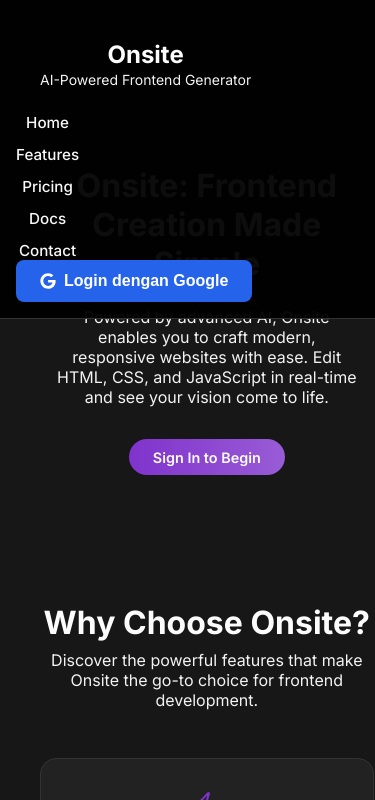
Repository: arifsoul/onsite
Page: / (app in onsite/)
The author's editor kept a copy of each file at every save. The page is drawn from the files as they stood at one save, then again after the next save.
The browser window is 375 px wide. The pictures show the whole page.
An inner scrolling area shows only its first screen. The project was rebuilt for these pictures with package versions that can differ from the ones it lists, and the page was loaded fresh each time. Also part of the build but not shown: onsite/vite.config.js, onsite/src/components/Editor/CSSPanel.jsx, onsite/src/components/Editor/JSPanel.jsx, onsite/src/components/Editor/ComponentEditor.css, onsite/src/components/Editor/ComponentEditor.jsx, onsite/src/components/Preview/LivePreview.css, onsite/src/components/Preview/LivePreview.jsx, onsite/src/pages/Editor.css and 3 more.

Above is the page before, as saved 2025-04-14 18:02:09.

### onsite/src/index.css
/* src/index.css */
@import url('https://fonts.googleapis.com/css2?family=Inter:wght@400;600;700&display=swap');

* {
  margin: 0;
  padding: 0;
  box-sizing: border-box;
}

html, body {
  height: 100%;
  width: 100%;
  overflow-x: hidden; /* Mencegah scroll horizontal */
}

body {
  font-family: 'Inter', sans-serif;
  background-color: #f8f9fa;
}

#root {
  display: flex;
  flex-direction: column;
  min-height: 100vh;
  width: 100%;
}

### onsite/src/App.jsx
import { BrowserRouter as Router, Routes, Route } from 'react-router-dom';
import { Auth0Provider } from '@auth0/auth0-react';
import { CodeProvider } from './context/CodeContext';
import Home from './pages/Home';
import Editor from './pages/Editor';
import Login from './pages/Login';
import './App.css';

function App() {
  return (
    <Auth0Provider
      domain={import.meta.env.VITE_AUTH0_DOMAIN}
      clientId={import.meta.env.VITE_AUTH0_CLIENT_ID}
      redirectUri={window.location.origin}
    >
      <CodeProvider>
        <Router>
          <Routes>
            <Route path="/" element={<Home />} />
            <Route path="/login" element={<Login />} />
            <Route path="/editor" element={<Editor />} />
          </Routes>
        </Router>
      </CodeProvider>
    </Auth0Provider>
  );
}

export default App;

### onsite/src/context/CodeContext.jsx
import { createContext, useState, useContext } from 'react';

const CodeContext = createContext();

export const CodeProvider = ({ children }) => {
  const [generatedCode, setGeneratedCode] = useState({
    html: '',
    css: '',
    js: '',
  });
  const [components, setComponents] = useState([]);

  const updateComponent = (id, updates) => {
    setComponents((prev) =>
      prev.map((comp) =>
        comp.id === id ? { ...comp, ...updates } : comp
      )
    );
  };

  return (
    <CodeContext.Provider
      value={{ generatedCode, setGeneratedCode, components, setComponents, updateComponent }}
    >
      {children}
    </CodeContext.Provider>
  );
};

export const useCode = () => useContext(CodeContext);

### onsite/src/pages/Home.jsx
import React, { useState } from 'react';
import { useAuth0 } from '@auth0/auth0-react';
import GoogleLogin from '../components/Auth/GoogleLogin';
import { Link } from 'react-router-dom';
import './Home.css';

const Home = () => {
  const { isAuthenticated } = useAuth0();
  const [htmlCode, setHtmlCode] = useState('<h1>Hello World</h1>');
  const [cssCode, setCssCode] = useState('h1 { color: #ffffff; }');
  const [jsCode, setJsCode] = useState('console.log("Hello World");');
  const [activeTab, setActiveTab] = useState('html');

  const iframeCode = `
<html>
  <head>
    <style>${cssCode}</style>
  </head>
  <body>
    ${htmlCode}
    <script>${jsCode}</script>
  </body>
</html>
  `.trim();

  return (
    <div className="home-container">
      <header className="home-header">
        <div className="logo">
          <h1>Onsite</h1>
          <span>AI-Powered Frontend Generator</span>
        </div>
        <nav className="nav-menu">
          <ul>
            <li><Link to="/">Home</Link></li>
            <li><Link to="/features">Features</Link></li>
            <li><Link to="/pricing">Pricing</Link></li>
            <li><Link to="/docs">Docs</Link></li>
            <li><Link to="/contact">Contact</Link></li>
          </ul>
        </nav>
        <GoogleLogin />
      </header>
      <main className="home-main">
        <section className="hero-section">
          <h1>Onsite: Frontend Creation Made Simple</h1>
          <p>
            Powered by advanced AI, Onsite enables you to craft modern, responsive websites with ease. Edit HTML, CSS, and JavaScript in real-time and see your vision come to life.
          </p>
          <Link to={isAuthenticated ? '/editor' : '/login'} className="hero-cta">
            {isAuthenticated ? 'Start Building Now' : 'Sign In to Begin'}
          </Link>
        </section>
        <section className="feature-section">
          <div className="feature-header">
            <h2>Why Choose Onsite?</h2>
            <p>Discover the powerful features that make Onsite the go-to choice for frontend development.</p>
          </div>
          <ul className="feature-list">
            <li className="feature-card">
              <svg xmlns="http://www.w3.org/2000/svg" width="24" height="24" viewBox="0 0 24 24" fill="none" stroke="currentColor" strokeWidth="2" strokeLinecap="round" strokeLinejoin="round" className="feature-icon">
                <path d="M4 14a1 1 0 0 1-.78-1.63l9.9-10.2a.5.5 0 0 1 .86.46l-1.92 6.02A1 1 0 0 0 13 10h7a1 1 0 0 1 .78 1.63l-9.9 10.2a.5.5 0 0 1-.86-.46l1.92-6.02A1 1 0 0 0 11 14z" />
              </svg>
              <h3>Real-Time Editing</h3>
              <p>Modify HTML, CSS, and JavaScript with instant previews to see changes as you code.</p>
            </li>
            <li className="feature-card">
              <svg xmlns="http://www.w3.org/2000/svg" width="24" height="24" viewBox="0 0 24 24" fill="none" stroke="currentColor" strokeWidth="2" strokeLinecap="round" strokeLinejoin="round" className="feature-icon">
                <circle cx="6" cy="6" r="3" />
                <circle cx="18" cy="18" r="3" />
                <path d="M6 21V9a9 9 0 0 0 9 9" />
              </svg>
              <h3>No Coding Barriers</h3>
              <p>Intuitive interface allows beginners and pros alike to build stunning websites.</p>
            </li>
            <li className="feature-card">
              <svg xmlns="http://www.w3.org/2000/svg" width="24" height="24" viewBox="0 0 24 24" fill="none" stroke="currentColor" strokeWidth="2" strokeLinecap="round" strokeLinejoin="round" className="feature-icon">
                <path d="M9.937 15.5A2 2 0 0 0 8.5 14.063l-6.135-1.582a.5.5 0 0 1 0-.962L8.5 9.936A2 2 0 0 0 9.937 8.5l1.582-6.135a.5.5 0 0 1 .963 0L14.063 8.5A2 2 0 0 0 15.5 9.937l6.135 1.581a.5.5 0 0 1 0 .964L15.5 14.063a2 2 0 0 0-1.437 1.437l-1.582 6.135a.5.5 0 0 1-.963 0z" />
              </svg>
              <h3>Responsive Output</h3>
              <p>Create websites that look great on any device, from phones to desktops.</p>
            </li>
          </ul>
        </section>
        <section className="code-playground" id="generator">
          <div className="playground-header">
            <h2>Build Your Website Now</h2>
            <p>Edit code, preview instantly, and refine your design in one seamless workflow.</p>
          </div>
          <div className="generator-section">
            <h3>Code Generator</h3>
            <div className="generator-inputs">
              <div className="generator-file">
                <h4>HTML</h4>
                <textarea
                  value={htmlCode}
                  onChange={(e) => setHtmlCode(e.target.value)}
                  placeholder="Enter HTML code..."
                />
              </div>
              <div className="generator-file">
                <h4>CSS</h4>
                <textarea
                  value={cssCode}
                  onChange={(e) => setCssCode(e.target.value)}
                  placeholder="Enter CSS code..."
                />
              </div>
              <div className="generator-file">
                <h4>JavaScript</h4>
                <textarea
                  value={jsCode}
                  onChange={(e) => setJsCode(e.target.value)}
                  placeholder="Enter JavaScript code..."
                />
              </div>
            </div>
          </div>
          <div className="preview-section">
            <h3>Live Preview</h3>
            <iframe
              srcDoc={iframeCode}
              className="preview-iframe"
              sandbox="allow-scripts"
              title="Live Preview"
            />
          </div>
          <div className="editor-section">
            <h3>Code Editor</h3>
            <div className="tabs">
              <button
                className={activeTab === 'html' ? 'active' : ''}
                onClick={() => setActiveTab('html')}
              >
                HTML
              </button>
              <button
                className={activeTab === 'css' ? 'active' : ''}
                onClick={() => setActiveTab('css')}
              >
                CSS
              </button>
              <button
                className={activeTab === 'js' ? 'active' : ''}
                onClick={() => setActiveTab('js')}
              >
                JS
              </button>
            </div>
            <div className="code-editor">
              {activeTab === 'html' && (
                <textarea
                  value={htmlCode}
                  onChange={(e) => setHtmlCode(e.target.value)}
                  placeholder="Enter HTML code..."
                />
              )}
              {activeTab === 'css' && (
                <textarea
                  value={cssCode}
                  onChange={(e) => setCssCode(e.target.value)}
                  placeholder="Enter CSS code..."
                />
              )}
              {activeTab === 'js' && (
                <textarea
                  value={jsCode}
                  onChange={(e) => setJsCode(e.target.value)}
                  placeholder="Enter JavaScript code..."
                />
              )}
            </div>
          </div>
        </section>
      </main>
      <footer className="home-footer">
        <p>© 2025 Onsite. All rights reserved.</p>
        <a href="mailto:support@onsite.com" className="footer-link">Contact Support</a>
      </footer>
    </div>
  );
};

export default Home;

### onsite/src/components/Auth/GoogleLogin.jsx
import { useAuth0 } from '@auth0/auth0-react';
import { FaGoogle } from 'react-icons/fa';
import './GoogleLogin.css';

const GoogleLogin = () => {
  const { loginWithRedirect, isAuthenticated, user, logout } = useAuth0();

  return (
    <div>
      {isAuthenticated ? (
        <div className="user-info">
          <img src={user?.picture} alt={user?.name} />
          <span>{user?.name}</span>
          <button
            className="logout-btn"
            onClick={() => logout({ returnTo: window.location.origin })}
          >
            Logout
          </button>
        </div>
      ) : (
        <button
          className="google-login-btn"
          onClick={() => loginWithRedirect({ connection: 'google-oauth2' })}
        >
          <FaGoogle /> Login dengan Google
        </button>
      )}
    </div>
  );
};

export default GoogleLogin;

### onsite/src/pages/Home.css
@import url('https://fonts.googleapis.com/css2?family=Inter:wght@300;400;500;600;700&display=swap');

:root {
  --gray1: hsl(0, 0%, 99%);
  --gray2: hsl(0, 0%, 97.3%);
  --gray3: hsl(0, 0%, 95.1%);
  --gray4: hsl(0, 0%, 93%);
  --gray12: hsl(0, 0%, 9%);
  --primary: hsl(270, 60%, 50%);
  --primary-hover: hsl(270, 60%, 45%);
  --normal-bg: hsl(0, 0%, 9%);
  --normal-border: hsl(0, 0%, 20%);
  --normal-text: hsl(0, 0%, 99%);
}

body {
  margin: 0;
  font-family: 'Inter', ui-sans-serif, system-ui, -apple-system, BlinkMacSystemFont, 'Segoe UI', Roboto, 'Helvetica Neue', Arial, 'Noto Sans', sans-serif;
  background: var(--normal-bg);
  color: var(--normal-text);
  overflow-x: hidden;
}

/* Layout Container */
.home-container {
  display: flex;
  flex-direction: column;
  min-height: 100vh;
  max-width: 100%;
}

/* Header */
.home-header {
  display: flex;
  justify-content: space-between;
  align-items: center;
  padding: 1rem 2rem;
  background: rgba(0, 0, 0, 0.95);
  border-bottom: 1px solid var(--normal-border);
  position: fixed;
  top: 0;
  left: 0;
  width: 100%;
  z-index: 1000;
}

.logo h1 {
  font-size: 1.5rem;
  font-weight: 700;
  color: var(--gray1);
  margin: 0;
}

.logo span {
  font-size: 0.875rem;
  font-weight: 400;
  color: var(--gray3);
}

.nav-menu ul {
  list-style: none;
  display: flex;
  gap: 1.5rem;
  margin: 0;
  padding: 0;
}

.nav-menu a {
  text-decoration: none;
  color: var(--gray2);
  font-weight: 500;
  font-size: 0.95rem;
  transition: color 0.2s ease;
}

.nav-menu a:hover {
  color: var(--primary);
}

/* Main Content */
.home-main {
  padding: 80px 1rem 2rem;
  max-width: 1280px;
  margin: 0 auto;
}

/* Hero Section */
.hero-section {
  text-align: center;
  padding: 6rem 1rem;
  border-radius: 16px;
  margin-bottom: 4rem;
}

.hero-section h1 {
  font-size: 2.5rem;
  font-weight: 700;
  margin-bottom: 1.5rem;
  color: var(--gray1);
}

.hero-section p {
  font-size: 1.1rem;
  font-weight: 400;
  max-width: 600px;
  margin: 0 auto 2rem;
  color: var(--gray3);
}

.hero-cta {
  display: inline-flex;
  align-items: center;
  gap: 0.5rem;
  padding: 0.75rem 2rem;
  background: linear-gradient(90deg, var(--primary), hsl(270, 60%, 60%));
  color: var(--gray1);
  text-decoration: none;
  border-radius: 9999px;
  font-size: 1rem;
  font-weight: 600;
  transition: background 0.3s ease, transform 0.2s ease;
}

.hero-cta:hover {
  background: linear-gradient(90deg, var(--primary-hover), hsl(270, 60%, 55%));
  transform: translateY(-2px);
}

/* Feature Section */
.feature-section {
  margin-bottom: 4rem;
}

.feature-header {
  text-align: center;
  margin-bottom: 3rem;
}

.feature-header h2 {
  font-size: 2rem;
  font-weight: 700;
  color: var(--gray1);
}

.feature-header p {
  font-size: 1rem;
  color: var(--gray3);
  max-width: 600px;
  margin: 0.5rem auto 0;
}

.feature-list {
  display: grid;
  grid-template-columns: repeat(auto-fit, minmax(250px, 1fr));
  gap: 1.5rem;
  list-style: none;
  padding: 0;
}

.feature-card {
  padding: 2rem;
  background: rgba(255, 255, 255, 0.05);
  border: 1px solid var(--normal-border);
  border-radius: 16px;
  transition: transform 0.3s ease, box-shadow 0.3s ease;
}

.feature-card:hover {
  transform: translateY(-5px);
  box-shadow: 0 4px 12px rgba(0, 0, 0, 0.2);
}

.feature-icon {
  width: 24px;
  height: 24px;
  color: var(--primary);
  margin-bottom: 1rem;
}

.feature-card h3 {
  font-size: 1.25rem;
  font-weight: 600;
  color: var(--gray1);
  margin-bottom: 0.5rem;
}

.feature-card p {
  font-size: 0.95rem;
  color: var(--gray3);
}

/* Code Playground */
.code-playground {
  display: flex;
  flex-direction: column;
  gap: 2rem;
  padding: 3rem 2rem;
  background: rgba(255, 255, 255, 0.03);
  border-radius: 16px;
  margin-bottom: 4rem;
}

.playground-header {
  text-align: center;
  margin-bottom: 2rem;
}

.playground-header h2 {
  font-size: 2rem;
  font-weight: 700;
  color: var(--gray1);
}

.playground-header p {
  font-size: 1rem;
  color: var(--gray3);
}

.generator-section,
.preview-section,
.editor-section {
  padding: 1.5rem;
  background: rgba(255, 255, 255, 0.05);
  border: 1px solid var(--normal-border);
  border-radius: 12px;
}

.generator-section h3,
.preview-section h3,
.editor-section h3 {
  font-size: 1.5rem;
  font-weight: 600;
  color: var(--gray1);
  margin-bottom: 1rem;
}

.generator-inputs {
  display: flex;
  flex-direction: column;
  gap: 1rem;
}

.generator-file h4 {
  font-size: 1rem;
  font-weight: 500;
  color: var(--gray2);
  margin-bottom: 0.5rem;
}

.generator-file textarea,
.code-editor textarea {
  width: 100%;
  height: 150px;
  font-family: 'Courier New', monospace;
  font-size: 0.9rem;
  padding: 1rem;
  border: none;
  border-radius: 8px;
  background: hsl(0, 0%, 12%);
  color: var(--gray1);
  resize: vertical;
  box-shadow: inset 0 2px 8px rgba(0, 0, 0, 0.1);
  transition: box-shadow 0.2s ease;
}

.generator-file textarea:focus,
.code-editor textarea:focus {
  outline: none;
  box-shadow: 0 0 0 3px rgba(108, 67, 255, 0.3);
}

.preview-iframe {
  width: 100%;
  height: 400px;
  border: none;
  border-radius: 12px;
  background: hsl(0, 0%, 12%);
  box-shadow: 0 4px 12px rgba(0, 0, 0, 0.2);
}

.tabs {
  display: flex;
  gap: 0.5rem;
  margin-bottom: 1rem;
}

.tabs button {
  padding: 0.5rem 1.5rem;
  background: rgba(255, 255, 255, 0.1);
  border: 1px solid var(--normal-border);
  border-radius: 9999px;
  font-size: 0.9rem;
  font-weight: 500;
  color: var(--gray2);
  cursor: pointer;
  transition: all 0.2s ease;
}

.tabs button.active {
  background: var(--primary);
  color: var(--gray1);
  border-color: var(--primary);
}

.tabs button:hover:not(.active) {
  background: rgba(255, 255, 255, 0.15);
}

/* Footer */
.home-footer {
  text-align: center;
  padding: 2rem;
  background: rgba(0, 0, 0, 0.95);
  border-top: 1px solid var(--normal-border);
  color: var(--gray3);
  font-size: 0.9rem;
}

.footer-link {
  color: var(--primary);
  text-decoration: none;
  margin-left: 1rem;
}

.footer-link:hover {
  text-decoration: underline;
}

/* Animations */
@keyframes fadeIn {
  from { opacity: 0; transform: translateY(10px); }
  to { opacity: 1; transform: translateY(0); }
}

.hero-section,
.feature-card,
.generator-section,
.preview-section,
.editor-section {
  animation: fadeIn 0.5s ease-out;
}

/* Responsive Design */
@media (max-width: 1024px) {
  .feature-list {
    grid-template-columns: 1fr;
  }
}

@media (max-width: 768px) {
  .home-header {
    flex-direction: column;
    align-items: flex-start;
    padding: 1rem;
  }

  .nav-menu ul {
    flex-direction: column;
    gap: 0.75rem;
    width: 100%;
  }

  .hero-section h1 {
    font-size: 2rem;
  }

  .hero-section p {
    font-size: 1rem;
  }

  .hero-section {
    padding: 4rem 1rem;
  }

  .code-playground {
    padding: 2rem 1rem;
  }

  .preview-iframe {
    height: 300px;
  }

  .generator-file textarea,
  .code-editor textarea {
    height: 120px;
  }
}

@media (max-width: 600px) {
  .home-main {
    padding: 70px 0.5rem 1rem;
  }

  .hero-cta {
    padding: 0.6rem 1.5rem;
    font-size: 0.9rem;
  }
}

### onsite/src/components/Auth/GoogleLogin.css
/* src/components/Auth/GoogleLogin.css */
.google-login-btn {
  display: flex;
  align-items: center;
  gap: 0.5rem;
  padding: 0.75rem 1.5rem;
  background-color: #2563eb;
  color: #ffffff;
  border: none;
  border-radius: 8px;
  font-size: 1rem;
  font-weight: 600;
  cursor: pointer;
  transition: background-color 0.2s;
}

.google-login-btn:hover {
  background-color: #1d4ed8;
}

.user-info {
  display: flex;
  align-items: center;
  gap: 0.75rem;
}

.user-info img {
  border-radius: 50%;
  width: 36px;
  height: 36px;
}

.user-info span {
  font-size: 1rem;
  color: #1f2937;
}

.logout-btn {
  padding: 0.5rem 1rem;
  background-color: #dc2626;
  color: #ffffff;
  border: none;
  border-radius: 8px;
  font-size: 0.9rem;
  font-weight: 600;
  cursor: pointer;
  transition: background-color 0.2s;
}

.logout-btn:hover {
  background-color: #b91c1c;
}

Loaded but not shown: onsite/index.html (common file); onsite/src/main.jsx (common file); onsite/src/App.css (common file)

After the next save:
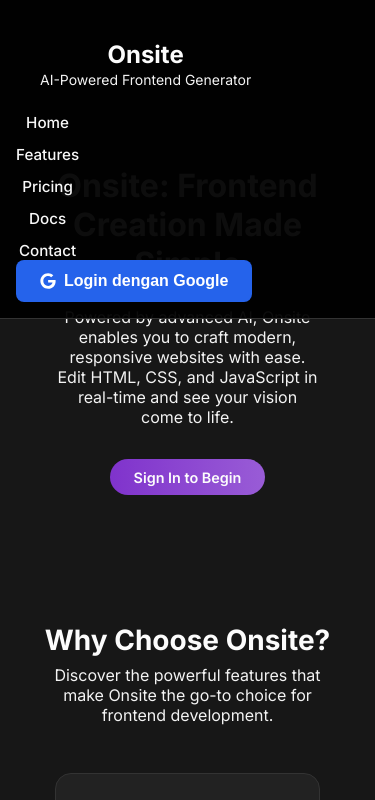
Saved 22 min 49 s later.
--- a/onsite/src/pages/Home.css
+++ b/onsite/src/pages/Home.css
@@ -44,6 +44,15 @@
   z-index: 1000;
 }
 
+.header-content {
+  display: flex;
+  justify-content: space-between;
+  align-items: center;
+  max-width: 1440px;
+  width: 100%;
+  margin: 0 auto;
+}
+
 .logo h1 {
   font-size: 1.5rem;
   font-weight: 700;
@@ -79,30 +88,31 @@
 
 /* Main Content */
 .home-main {
-  padding: 80px 1rem 2rem;
-  max-width: 1280px;
+  padding: 80px 2rem 2rem;
+  max-width: 1440px;
   margin: 0 auto;
+  width: 100%;
 }
 
 /* Hero Section */
 .hero-section {
   text-align: center;
-  padding: 6rem 1rem;
+  padding: 6rem 2rem;
   border-radius: 16px;
   margin-bottom: 4rem;
 }
 
 .hero-section h1 {
-  font-size: 2.5rem;
+  font-size: 3rem;
   font-weight: 700;
   margin-bottom: 1.5rem;
   color: var(--gray1);
 }
 
 .hero-section p {
-  font-size: 1.1rem;
+  font-size: 1.2rem;
   font-weight: 400;
-  max-width: 600px;
+  max-width: 800px;
   margin: 0 auto 2rem;
   color: var(--gray3);
 }
@@ -137,22 +147,22 @@
 }
 
 .feature-header h2 {
-  font-size: 2rem;
+  font-size: 2.25rem;
   font-weight: 700;
   color: var(--gray1);
 }
 
 .feature-header p {
-  font-size: 1rem;
-  color: var(--gray3);
-  max-width: 600px;
+  font-size: 1.1rem;
+  color: var(--gray3);
+  max-width: 800px;
   margin: 0.5rem auto 0;
 }
 
 .feature-list {
   display: grid;
-  grid-template-columns: repeat(auto-fit, minmax(250px, 1fr));
-  gap: 1.5rem;
+  grid-template-columns: repeat(auto-fit, minmax(300px, 1fr));
+  gap: 2rem;
   list-style: none;
   padding: 0;
 }
@@ -178,14 +188,14 @@
 }
 
 .feature-card h3 {
-  font-size: 1.25rem;
+  font-size: 1.5rem;
   font-weight: 600;
   color: var(--gray1);
   margin-bottom: 0.5rem;
 }
 
 .feature-card p {
-  font-size: 0.95rem;
+  font-size: 1rem;
   color: var(--gray3);
 }
 
@@ -206,20 +216,20 @@
 }
 
 .playground-header h2 {
-  font-size: 2rem;
+  font-size: 2.25rem;
   font-weight: 700;
   color: var(--gray1);
 }
 
 .playground-header p {
-  font-size: 1rem;
+  font-size: 1.1rem;
   color: var(--gray3);
 }
 
 .generator-section,
 .preview-section,
 .editor-section {
-  padding: 1.5rem;
+  padding: 2rem;
   background: rgba(255, 255, 255, 0.05);
   border: 1px solid var(--normal-border);
   border-radius: 12px;
@@ -228,7 +238,7 @@
 .generator-section h3,
 .preview-section h3,
 .editor-section h3 {
-  font-size: 1.5rem;
+  font-size: 1.75rem;
   font-weight: 600;
   color: var(--gray1);
   margin-bottom: 1rem;
@@ -237,11 +247,12 @@
 .generator-inputs {
   display: flex;
   flex-direction: column;
-  gap: 1rem;
+  gap: 1.5rem;
+  width: 100%;
 }
 
 .generator-file h4 {
-  font-size: 1rem;
+  font-size: 1.1rem;
   font-weight: 500;
   color: var(--gray2);
   margin-bottom: 0.5rem;
@@ -250,9 +261,9 @@
 .generator-file textarea,
 .code-editor textarea {
   width: 100%;
-  height: 150px;
+  height: 200px;
   font-family: 'Courier New', monospace;
-  font-size: 0.9rem;
+  font-size: 0.95rem;
   padding: 1rem;
   border: none;
   border-radius: 8px;
@@ -271,7 +282,7 @@
 
 .preview-iframe {
   width: 100%;
-  height: 400px;
+  height: 450px;
   border: none;
   border-radius: 12px;
   background: hsl(0, 0%, 12%);
@@ -289,7 +300,7 @@
   background: rgba(255, 255, 255, 0.1);
   border: 1px solid var(--normal-border);
   border-radius: 9999px;
-  font-size: 0.9rem;
+  font-size: 0.95rem;
   font-weight: 500;
   color: var(--gray2);
   cursor: pointer;
@@ -316,10 +327,18 @@
   font-size: 0.9rem;
 }
 
+.footer-content {
+  max-width: 1440px;
+  margin: 0 auto;
+  display: flex;
+  justify-content: center;
+  align-items: center;
+  gap: 1rem;
+}
+
 .footer-link {
   color: var(--primary);
   text-decoration: none;
-  margin-left: 1rem;
 }
 
 .footer-link:hover {
@@ -342,8 +361,26 @@
 
 /* Responsive Design */
 @media (max-width: 1024px) {
+  .home-main {
+    padding: 80px 1rem 2rem;
+  }
+
   .feature-list {
     grid-template-columns: 1fr;
+  }
+
+  .feature-card {
+    width: 90%;
+    margin: 0 auto;
+  }
+
+  .hero-section h1 {
+    font-size: 2.5rem;
+  }
+
+  .hero-section p {
+    font-size: 1.1rem;
+    max-width: 600px;
   }
 }
 
@@ -354,12 +391,22 @@
     padding: 1rem;
   }
 
+  .header-content {
+    flex-direction: column;
+    align-items: flex-start;
+    gap: 1rem;
+  }
+
   .nav-menu ul {
     flex-direction: column;
     gap: 0.75rem;
     width: 100%;
   }
 
+  .hero-section {
+    padding: 4rem 1rem;
+  }
+
   .hero-section h1 {
     font-size: 2rem;
   }
@@ -368,21 +415,33 @@
     font-size: 1rem;
   }
 
-  .hero-section {
-    padding: 4rem 1rem;
-  }
-
   .code-playground {
     padding: 2rem 1rem;
   }
 
-  .preview-iframe {
-    height: 300px;
+  .generator-section,
+  .preview-section,
+  .editor-section {
+    padding: 1.5rem;
   }
 
   .generator-file textarea,
   .code-editor textarea {
-    height: 120px;
+    height: 150px;
+  }
+
+  .preview-iframe {
+    height: 350px;
+  }
+
+  .feature-header h2,
+  .playground-header h2 {
+    font-size: 1.75rem;
+  }
+
+  .feature-header p,
+  .playground-header p {
+    font-size: 1rem;
   }
 }
 
@@ -395,4 +454,19 @@
     padding: 0.6rem 1.5rem;
     font-size: 0.9rem;
   }
-}
+
+  .generator-section h3,
+  .preview-section h3,
+  .editor-section h3 {
+    font-size: 1.25rem;
+  }
+
+  .generator-file h4 {
+    font-size: 0.95rem;
+  }
+
+  .tabs button {
+    padding: 0.4rem 1rem;
+    font-size: 0.85rem;
+  }
+}
